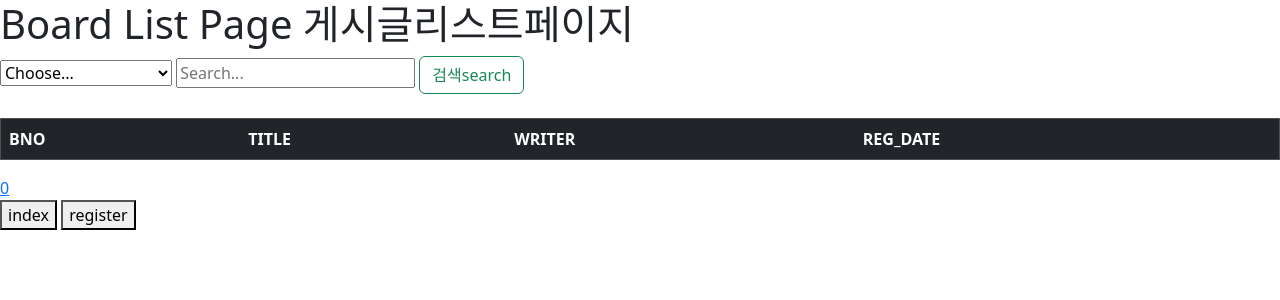
Repository: gatsby5959/_jsp_workspace_brd-mem_copy
Page: http://localhost/jsp_BoardMember/board/list.jsp
These files come from the project's save history. The page is drawn as it stood at one moment and after the next save; the edit follows.
The browser window is 1280 px wide. The pictures show the whole page.
The page is served by Tomcat 9. Other server files are loaded and not shown. The template is opened directly, without the code that normally fills it, so the values that code supplies are empty.

Above is the page before, as saved 2023-09-12 10:29:11.

### jsp_BoardMember/src/main/webapp/board/list.jsp
<%@ page language="java" contentType="text/html; charset=UTF-8"
	pageEncoding="UTF-8"%>
<%@ taglib prefix="c" uri="http://java.sun.com/jsp/jstl/core"%>
<!DOCTYPE html>
<html>
<head>
<meta charset="UTF-8">
<title>Insert title here</title>
<link href="https://cdn.jsdelivr.net/npm/bootstrap@5.3.1/dist/css/bootstrap.min.css" rel="stylesheet" integrity="sha384-4bw+/aepP/YC94hEpVNVgiZdgIC5+VKNBQNGCHeKRQN+PtmoHDEXuppvnDJzQIu9" crossorigin="anonymous">
<script src="https://cdn.jsdelivr.net/npm/bootstrap@5.3.1/dist/js/bootstrap.bundle.min.js" integrity="sha384-HwwvtgBNo3bZJJLYd8oVXjrBZt8cqVSpeBNS5n7C8IVInixGAoxmnlMuBnhbgrkm" crossorigin="anonymous"></script>
</head>
<body>
	<h1>Board List Page 게시글리스트페이지</h1>
	<!-- search구역 -->
	<div>
	<c:set value="${ph.pgvo.type }" var="typed"></c:set>
	<form action="/brd/pageList" method="get">
		<div>
			<select name="type">
				<option ${typed == null? 'selected':'' }>Choose...</option>
				<option value="t"  ${typed eq 't'? 'selected':'' } >title</option>
				<option value="w"  ${typed eq 'w'? 'selected':'' }>writer</option>
				<option value="c"  ${typed eq 'c'? 'selected':'' }>content</option>
				<option value="tw"  ${typed eq 'tw'? 'selected':'' }>title+writer</option>
				<option value="tc"  ${typed eq 'tc'? 'selected':'' }>title+content</option>
				<option value="wc"  ${typed eq 'wc'? 'selected':'' }>writer+content</option>
				<option value="twc"  ${typed eq 'twc'? 'selected':'' }>title+writer+content</option>
			</select>
			<input type="text" name="keyword" value="${ph.pgvo.keyword }" placeholder="Search...">
			<input type="hidden" name="pageNO" value="${ph.pgvo.pageNo }">
			<input type="hidden" name="qty" value="${ph.pgvo.qty }">
			${ph.totalCount}
			<button type="submit" class="btn btn-outline-success">검색search</button>
		</div>
	</form>
	</div>
	<br>
	<table border="1" class="table table-dark">
		<tr>
			<th>BNO</th>
			<th>TITLE</th>
			<th>WRITER</th>
			<th>REG_DATE</th>
		</tr>
		<c:forEach items="${req_set_list}" var="varbvo"> <!-- 컨트롤러에서의 request.setAttribute("req_set_list", list); -->
			<tr>
				<td><a href="/brd/detail?bno=${varbvo.bno}">${varbvo.bno}</a></td>
				<td><a href="/brd/detail?bno=${varbvo.bno}">${varbvo.title}</a></td>
				<td>${varbvo.writer}</td>
				<td>${varbvo.regdate}</td>
			</tr>
		</c:forEach>
	</table>
	<!-- 페이지네이션 표시 구역 -->
	<div>
		<!-- prev(이전페이지 -->
		<c:if test="${ph.prev}">
		<a href="/brd/pageList?pageNo=${ph.startPage-1}&qty=${ph.pgvo.qty}&type=${ph.pgvo.type}&keyword=${ph.pgvo.keyword}">◁|</a>
		</c:if>
		<c:forEach begin="${ph.startPage}" end = "${ph.endPage}" var="i">
			<a href="/brd/pageList?pageNo=${i}&qty=${ph.pgvo.qty}&type=${ph.pgvo.type}&keyword=${ph.pgvo.keyword}">${i}</a> <!-- 여기서 파라미터 pageNo가 정확히 맞아야  데이터를 가져옴 -->
		</c:forEach>
		<!-- next (다음페이지)-->
		<c:if test="${ph.next}">
		<a href="/brd/pageList?pageNo=${ph.endPage+1}&qty=${ph.pgvo.qty}&type=${ph.pgvo.type}&keyword=${ph.pgvo.keyword}">|▷ </a>
		</c:if>
	</div>

	<a href="/index.jsp"><button type="button">index</button></a>
   <a href="/brd/register"><button type="button">register</button></a>

</body>
</html>

After the next save:
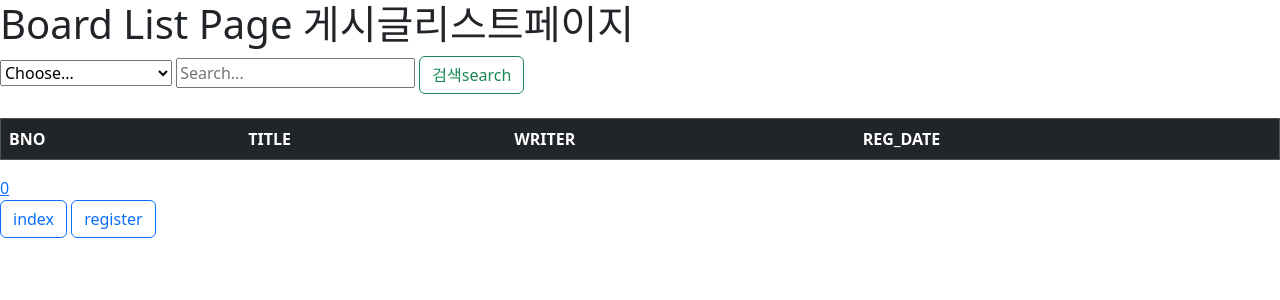
Saved 43 s later.
--- a/jsp_BoardMember/src/main/webapp/board/list.jsp
+++ b/jsp_BoardMember/src/main/webapp/board/list.jsp
@@ -66,8 +66,8 @@
 		</c:if>
 	</div>
 
-	<a href="/index.jsp"><button type="button">index</button></a>
-   <a href="/brd/register"><button type="button">register</button></a>
+	<a href="/index.jsp"><button type="button"  class="btn btn-outline-primary">index</button></a>
+   <a href="/brd/register"><button type="button"  class="btn btn-outline-primary">register</button></a>
 
 </body>
 </html>
